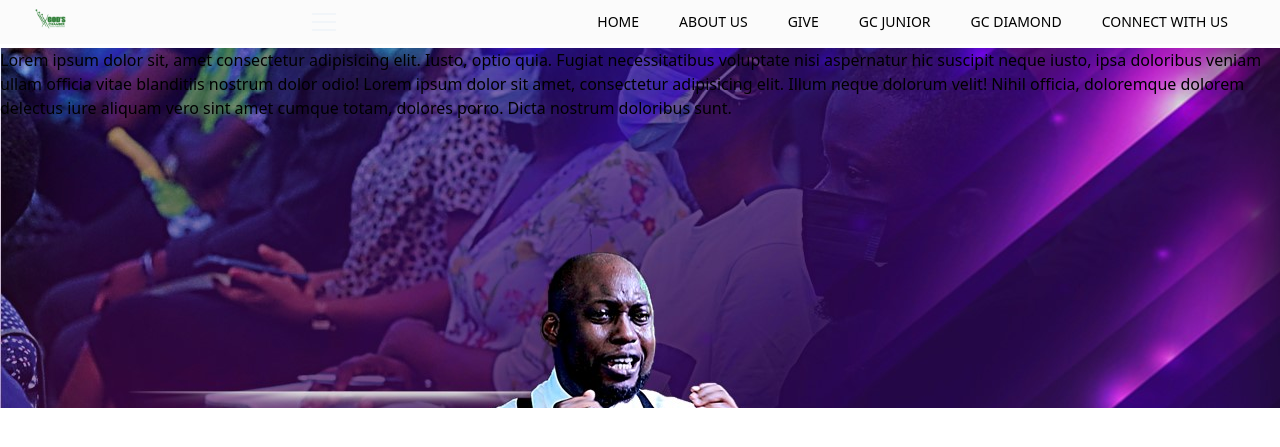
Repository: hisreal123/godschamber-church-main
Page: /
The author's editor kept a copy of each file at every save. The page is drawn from the files as they stood at one save, then again after the next save.
The browser window is 1280 px wide. The pictures show the whole page.
The project was rebuilt for these pictures with package versions that can differ from the ones it lists, and the page was loaded fresh each time. The framework's server and built-in components were replaced by stand-ins that run in the browser. Also part of the build but not shown: next.config.js.

Above is the page before, as saved 2022-08-14 22:30:02.

### pages/index.tsx
import type { NextPage } from "next";
import Head from "next/head";
import Banner from "../components/Banner";
import Footer from "../components/Footer";

import Header from "../components/Header";

const Home: NextPage = () => {
  return (
    <div className="">
      <Head>
        <title>Create Next App</title>
        <meta name="description" content="Generated by create next app" />
        <link rel="icon" href="/favicon.ico" />
      </Head>

      <Header />
      <p>Hi</p>
      <Footer />
      <Banner />
    </div>
  );
};

export default Home;

### components/Banner.tsx
import React from "react";

const Banner = () => {
  return (
    <div className=" bg-[url('/assets/Banner.jpg')] bg-no-repeat bg-center relative h-[360px] ">
      Lorem ipsum dolor sit, amet consectetur adipisicing elit. Iusto, optio
      quia. Fugiat necessitatibus voluptate nisi aspernatur hic suscipit neque
      iusto, ipsa doloribus veniam ullam officia vitae blanditiis nostrum dolor
      odio! Lorem ipsum dolor sit amet, consectetur adipisicing elit. Illum
      neque dolorum velit! Nihil officia, doloremque dolorem delectus iure
      aliquam vero sint amet cumque totam, dolores porro. Dicta nostrum
      doloribus sunt.
    </div>
  );
};

export default Banner;

### components/Header.tsx
import React, { useState, useEffect } from "react";
import logo from "/public/assets/PageLogo.png";
import Nav from "./Navs";
import Image from "next/image";
import { BiMenu } from "react-icons/bi";
import HamBuger from "./HamBuger";

const Header = () => {
  const [toggle, setToggle] = useState(true);

  // function to handle toggle and set toggle to opposite of it
  const handleToggle = () => {
    setToggle(!toggle);
  };

  useEffect(() => {
    console.log(" Consoled !!!");
  }, []);

  //  variable style for CustomStyle from ListItems Component
  const LinkStyle =
    " w-full block py-3 px-0 hover:text-white hover:bg-[#0C4E12] pl-2 text-sm md:px-5 md:m-0 md:bg-[transparent]";

  return (
    <div className="z-10 fixed top-0 w-full bg-[#FBFBFB] md:flex justify-between md:items-center ">
      <div className="mobile bg-[#222222] md:bg-[#fbfbfb] relative flex items-center  px-3 justify-between w-full md:px-8   ">
        <a href="http://www.facebok.com" className="">
          <Image
            src={logo}
            alt=" Page logo"
            height="35"
            width="38"
            // layout=" fixed "
            objectFit="contain"
          />
        </a>

        {/* <div className=" md:hidden" onClick={handleToggle}>
          <BiMenu size="2rem" color="white" />
        </div> */}

        <HamBuger handleClick={handleToggle} />

        <div className="hidden md:flex md:items-center transition-all">
          <Nav url="www.fb.com " item="HOME" CustomStyle={LinkStyle} />
          <Nav url="www.fb.com " item="ABOUT US" CustomStyle={LinkStyle} />
          <Nav url="www.fb.com " item="GIVE" CustomStyle={LinkStyle} />
          <Nav url="www.fb.com " item="GC JUNIOR" CustomStyle={LinkStyle} />
          <Nav url="www.fb.com " item="GC DIAMOND" CustomStyle={LinkStyle} />
          <Nav
            url="www.fb.com "
            item="CONNECT WITH US "
            CustomStyle={LinkStyle}
          />
        </div>
      </div>

      {/* nav List */}
      {!toggle && (
        <div className="transition-all">
          <Nav url="www.fb.com " item="HOME" CustomStyle={LinkStyle} />
          <Nav url="www.fb.com " item="ABOUT US" CustomStyle={LinkStyle} />
          <Nav url="www.fb.com " item="GIVE" CustomStyle={LinkStyle} />
          <Nav url="www.fb.com " item="GC JUNIOR" CustomStyle={LinkStyle} />
          <Nav url="www.fb.com " item="GC DIAMOND" CustomStyle={LinkStyle} />
        </div>
      )}
    </div>
  );
};

export default Header;

### components/Navs.tsx
import React from "react";
import ListItems from "./ListItems";
import { NavProps } from "./NavProps";

const Nav = (props: NavProps) => {
  return (
    <nav className="">
      <ListItems
        url={props.url}
        item={props.item}
        CustomStyle={props.CustomStyle}
      />
    </nav>
  );
};

export default Nav;

// TODO: Passed the  Listitem into this Parent component and passed same to Header Component ,since we could reuse the ListItem component in the Footer also

### components/HamBuger.tsx
import React, { useState } from "react";

// TODO: Fix toggle from whatever

type HamBugerProps = {
  handleClick: () => {};
  toggle: string;
};
const HamBuger: React.FC<HamBugerProps> = ({ handleClick, toggle }) => {
  const [swap, setSwap] = useState(true);

  return (
    <div className="group" onClick={handleClick}>
      <div className=" bg-slate-100 h-[.1rem] w-6 mb-[.4rem] group-hover:mt-[.3rem] group-hover:rotate-[45deg] group-hover:m-0 "></div>
      <div className=" bg-slate-100 h-[.1rem] w-6  group-hover:mb-[.3rem ] group-hover:bg-red-400 group-hover:-rotate-[45deg]"></div>
      <div className=" bg-slate-100 h-[.1rem] w-6  mt-[.4rem] group-hover:hidden"></div>
    </div>
  );
};

export default HamBuger;

### components/ListItems.tsx
import React from "react";
import { NavProps } from "./NavProps";

const ListItems = (props: NavProps) => {
  return (
    <div className=" ">
      <a href={props.url} key={props.item} className={props.CustomStyle}>
        {props.item}
      </a>
    </div>
  );
};

export default ListItems;

### tailwind.config.js
/** @type {import('tailwindcss').Config} */
module.exports = {
  content: [
    "./pages/**/*.{js,ts,jsx,tsx}",
    "./components/**/*.{js,ts,jsx,tsx}",
  ],
  theme: {
    extend: {
      backgroundImage: {
        Main: "url('/public/assets/banner.jpg')",
      },
    },
  },
  plugins: [],
};

Loaded but not shown: pages/_app.tsx (common file); styles/globals.css (common file); components/Footer.tsx (common file)

After the next save:
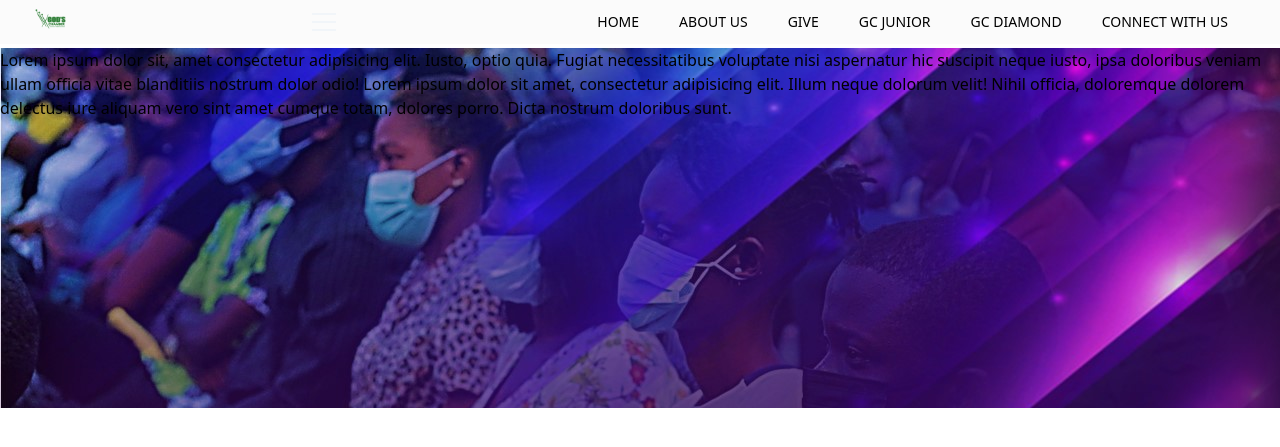
Saved 25 s later.
--- a/components/Banner.tsx
+++ b/components/Banner.tsx
@@ -2,7 +2,7 @@
 
 const Banner = () => {
   return (
-    <div className=" bg-[url('/assets/Banner.jpg')] bg-no-repeat bg-center relative h-[360px] ">
+    <div className=" bg-[url('/assets/Banner.jpg')] bg-no-repeat bg-top relative h-[360px] ">
       Lorem ipsum dolor sit, amet consectetur adipisicing elit. Iusto, optio
       quia. Fugiat necessitatibus voluptate nisi aspernatur hic suscipit neque
       iusto, ipsa doloribus veniam ullam officia vitae blanditiis nostrum dolor

After the save that followed:
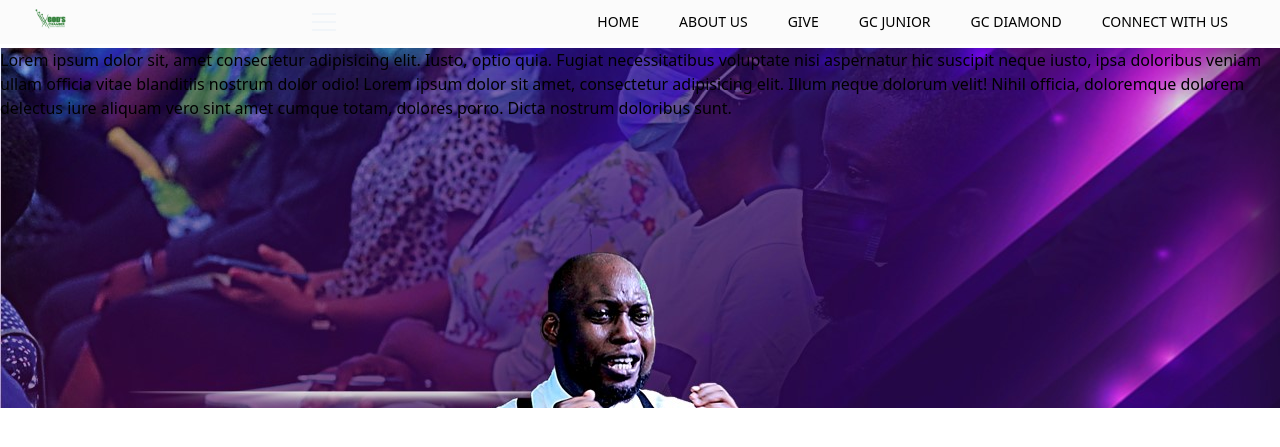
Saved 7 s later.
--- a/components/Banner.tsx
+++ b/components/Banner.tsx
@@ -2,7 +2,7 @@
 
 const Banner = () => {
   return (
-    <div className=" bg-[url('/assets/Banner.jpg')] bg-no-repeat bg-top relative h-[360px] ">
+    <div className=" bg-[url('/assets/Banner.jpg')] bg-no-repeat bg-center relative h-[360px] ">
       Lorem ipsum dolor sit, amet consectetur adipisicing elit. Iusto, optio
       quia. Fugiat necessitatibus voluptate nisi aspernatur hic suscipit neque
       iusto, ipsa doloribus veniam ullam officia vitae blanditiis nostrum dolor
